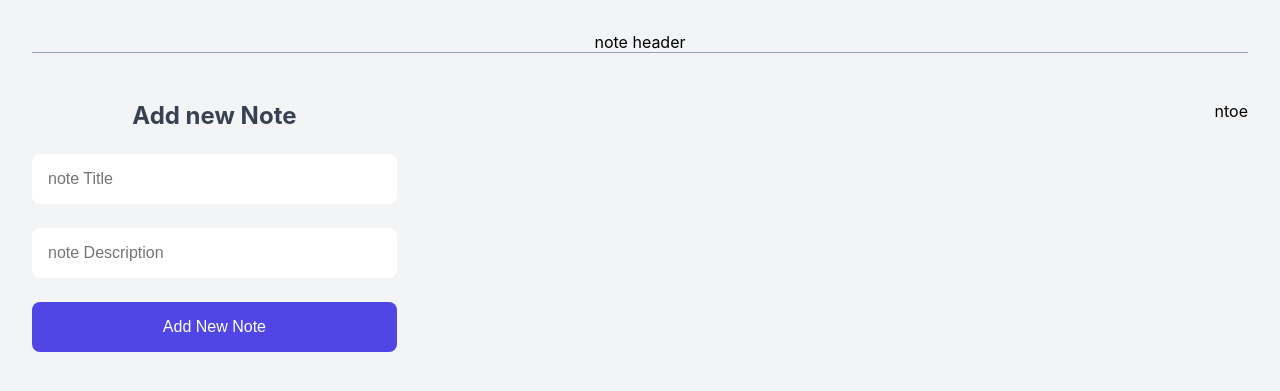
Repository: nikooshahbazi/shahbaziProjects
Page: / (app in dynamicData/)
These files come from the project's save history. The page is drawn as it stood at one moment and after a run of saves; the edit follows.
The browser window is 1280 px wide. The pictures show the whole page.
The project was rebuilt for these pictures with package versions that can differ from the ones it lists, and the page was loaded fresh each time. Also part of the build but not shown: dynamicData/vite.config.js.

Above is the page before, as saved 2024-02-17 18:27:04.

After the next 2 saves:
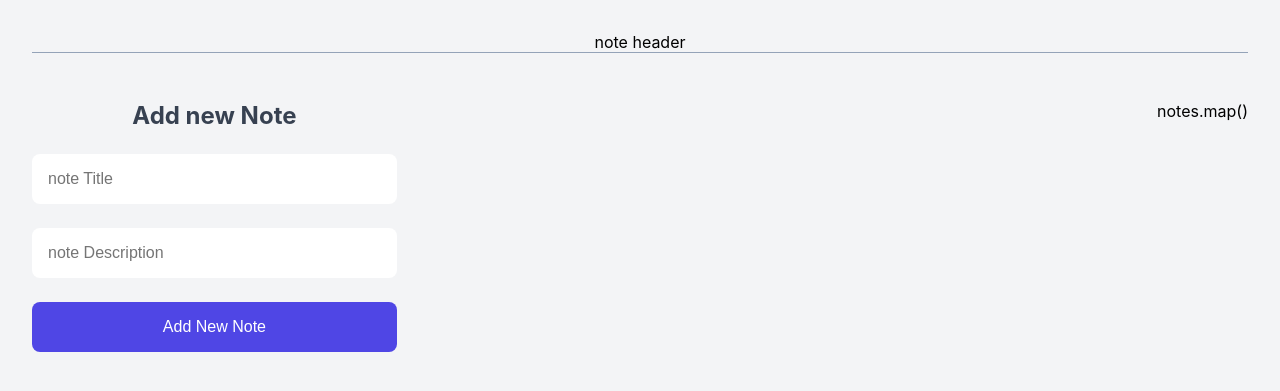
The 2 saves are shown as one change because they came seconds apart.
The last was saved 7 s later.
--- a/dynamicData/src/components/NoteList.jsx
+++ b/dynamicData/src/components/NoteList.jsx
@@ -1,7 +1,7 @@
 function NoteList({ notes }) {
   return (
     <div className="note-list">
-     ntoe
+     notes.map()
     </div>
   );
 }
